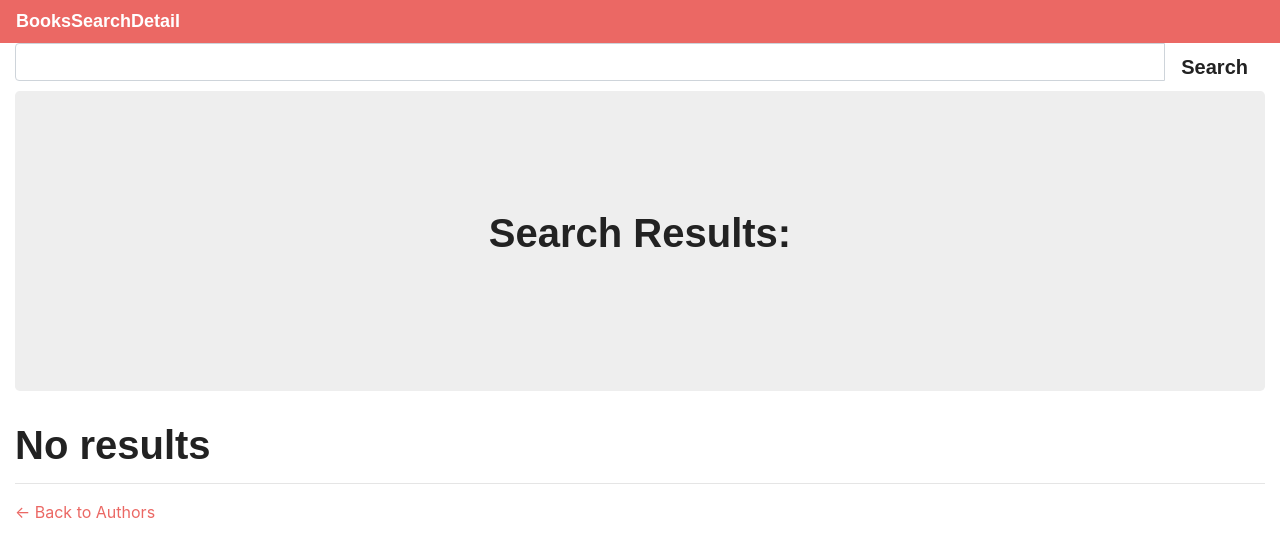
Repository: ionathas78/gBooksScanner
Page: /search (app in client/)
The author's editor kept a copy of each file at every save. The page is drawn from the files as they stood at one save, then again after the next save.
The browser window is 1280 px wide. The pictures show the whole page.
Some web fonts or font styles are not loaded; a fallback is used. Some web libraries are served in a nearby version. The project was rebuilt for these pictures with package versions that can differ from the ones it lists, and the page was loaded fresh each time. Also part of the build but not shown: client/src/components/DeleteBtn/style.css, client/src/components/DeleteBtn/index.js, client/src/components/List/style.css, client/src/components/List/index.js, client/src/pages/Books.js, client/src/pages/Detail.js, client/src/pages/NoMatch.js.

Above is the page before, as saved 2020-05-20 12:19:05.

### client/src/App.js
import React from "react";
import { BrowserRouter as Router, Route, Switch } from "react-router-dom";
import Books from "./pages/Books";
import Detail from "./pages/Detail";
import Search from "./pages/Search";
import NoMatch from "./pages/NoMatch";
import Nav from "./components/Nav";
// const config = require("dotenv").config();

function App() {
  // console.log(config);

  return (
    <Router>
      <div>
        <Nav
          children={[
            { name: "Books", path: "/"},
            { name: "Search", path: "/search"},
            { name: "Detail", path: "/books"}
          ]}
        />
        <Switch>
          <Route exact path={["/"]}>
            <Books />
          </Route>
          <Route exact path={["/search", "/search/:searchTerm"]}>
            <Search />
          </Route>
          <Route exact path={["/books", "/books/:id"]}>
            <Detail />
          </Route>
          <Route>
            <NoMatch />
          </Route>
        </Switch>
      </div>
    </Router>
  );
}

export default App;

### client/src/pages/Search.js
import React, { useEffect, useState } from "react";
import { Link, useParams } from "react-router-dom";
import { Col, Row, Container } from "../components/Grid";
import Jumbotron from "../components/Jumbotron";
import SearchBar from "../components/SearchBar";
import API from "../utils/API";

const KEY_ENTER = 13;

function Search(props) {
  const [books, setBooks] = useState([]);
  const [search, setSearch] = useState("");
  const { searchTerm } = useParams();

  useEffect(() => {
    if (!searchTerm) {
      return;
    } else {
      setSearch(searchTerm);
    }

    API.searchBooks(search)
      .then(res => setBooks(res.data.items))
      .catch(err => console.log(err));
  }, [])

  function bookData(apiEntry) {
    const {
      authors,
      title,
      description,
      imageLinks,
      infoLink
      // maturityRating,
      // pageCount,
      // previewLink,
      // subtitle,
      // categories
    } = apiEntry.volumeInfo;
    const id = apiEntry.id;

    // console.log(id, authors, title, subtitle, categories,
    //   description, imageLinks, infoLink, maturityRating,
    //   pageCount, previewLink);

    return {
      id: id,
      title: title,
      authors: authors,
      description: description,
      // image: (imageLinks ? imageLinks.thumbnail : ""),
      image: (imageLinks ? imageLinks.smallThumbnail : ""),
      link: infoLink
    }
  }

  function handleClick(event) {
    event.preventDefault();

    let bookToSave = bookData(books[event.target.id]);
    // console.log(bookToSave);
    API.saveBook(bookToSave);
  }

  function handleChange(event) {
    event.preventDefault();
    setSearch(event.target.value);
  }

  function handleKeydown(event) {
    if (event.keyCode === KEY_ENTER) {
      event.preventDefault();
      if (search) {
        API.searchBooks(search)
        .then(res => setBooks(res.data.items))
        .catch(err => console.log(err));
      }
    }
  }

  function handleSearch(event) {
    event.preventDefault();
    if (search) {
      API.searchBooks(search)
      .then(res => setBooks(res.data.items))
      .catch(err => console.log(err));
    }
  }

  function bookImage(title, link) {
    if (link) {
      return (
        <img
          alt={title} book cover
          src={link}
          height="300"
          style={{ float: "left", margin: "10px 20px" }}
        />
      )
    } else {
      return;
    }
  }

  // console.log(books);
  let i = -1;
  return (
      <Container fluid>
        <Row>
          <Col size="md-12">
            <SearchBar
              name="search"
              placeholder="Enter Search Term(s)"
              id="search"
              onChange={handleChange}
              onClick={handleSearch}
              onKeyDown={handleKeydown}
            />
          </Col>
        </Row>
        <Row>
          <Col size="md-12">
            <Jumbotron>
              <h1>
                Search Results: {search ? '\'' + search + '\'' : ""}
              </h1>
            </Jumbotron>
          </Col>
        </Row>
        {
          ((!books || !books.length) ?
            <h1>No results</h1>
            :
            books.map(entry => {
              let book = bookData(entry);
              i++;
              return (
                <Row>
                  <Col size="md-10 md-offset-1">
                    <article>
                      {
                        bookImage(book.title, book.image)
                      }
                      <h2>
                        <a href={book.link} >
                          {book.title}
                        </a>
                      </h2>
                      <button
                        className="success"
                        onClick={handleClick}
                        id={i}
                        style={{ float: "right", margin: "5px" }}
                      >
                        +
                      </button>
                      <h3>by {(book.authors ? book.authors.join(", ") : "")}</h3>
                      <p>
                        {book.description}
                      </p>
                    </article>
                  </Col>
                </Row>
            )
          })
          )
        }
        <hr/>
        <Row>
          <Col size="md-2">
            <Link to="/">← Back to Authors</Link>
          </Col>
        </Row>
      </Container>
    );
  }


export default Search;

### client/src/components/Nav/index.js
import React from "react";
import { Link } from "react-router-dom";


function Nav({children}) {
  let i = -1;
  return (
    <nav className="navbar navbar-expand-lg navbar-dark bg-primary">
      {children.map(item => {
        i++;
        return (
          <Link
            key={i}
            style={{ color: "white" }}
            to={item.path}
          >
            {item.name}
          </Link>
        )
      })}
    </nav>
  );
}

export default Nav;

### client/src/utils/API.js
import axios from "axios";
require("dotenv");

export default {
  // Gets all books
  getBooks: function() {
    return axios.get("/api/books");
  },
  // Gets the book with the given id
  getBook: function(id) {
    return axios.get("/api/books/" + id);
  },
  // Deletes the book with the given id
  deleteBook: function(id) {
    return axios.delete("/api/books/" + id);
  },
  // Saves a book to the database
  saveBook: function(bookData) {
    // console.log(bookData)
    return axios.post("/api/books/", bookData);
  },
  searchBooks: function(searchTerm) {
    let queryString = "https://www.googleapis.com/books/v1/volumes?q=";
    // let apiKey = "&key=" + process.env.API_KEY;
    let apiKey = "&key=AIzaSyBwM7wSmJtrmNB64WSHYDrIvkjeauOQcto";
    // console.log(process.env.API_KEY);

    return axios.get(queryString + searchTerm + apiKey);
  }
};

### client/src/components/Grid/index.js
import React from "react";

// Exporting the Container, Row, and Col components from this file

// This Container component allows us to use a bootstrap container without worrying about class names
export function Container({ fluid, children }) {
  return <div className={`container${fluid ? "-fluid" : ""}`}>{children}</div>;
}

// This Row component lets us use a bootstrap row without having to think about class names
export function Row({ fluid, children }) {
  return <div className={`row${fluid ? "-fluid" : ""}`}>{children}</div>;
}

// This Col component lets us size bootstrap columns with less syntax
// e.g. <Col size="md-12"> instead of <div className="col-md-12">
export function Col({ size, children }) {
  return (
    <div
      className={size
        .split(" ")
        .map(size => "col-" + size)
        .join(" ")}
    >
      {children}
    </div>
  );
}

### client/src/components/SearchBar/index.js
import React from "react";

// This component lets us use a bootstrap input element without worrying about class names
// or manually wrapping the input with a form-group div
// All of the props passed to this component are spread onto the input element
function SearchBar({ type = "default", className, onChange, onClick, onKeyDown, props }) {
  return (
    <div className="input-group">
      <input className="form-control" type="text" onChange={onChange} onKeyDown={onKeyDown} {...props} />
      <div className="input-group-append">
        <button onClick={onClick} className={["btn btn-lg", `btn-${type}`, className].join(" ")} type="button">
          Search
        </button>
      </div>
    </div>
  );
}

export default SearchBar;

Loaded but not shown: client/public/index.html (common file); client/src/index.js (common file); client/src/components/Jumbotron/index.js (common file)

After the next save:
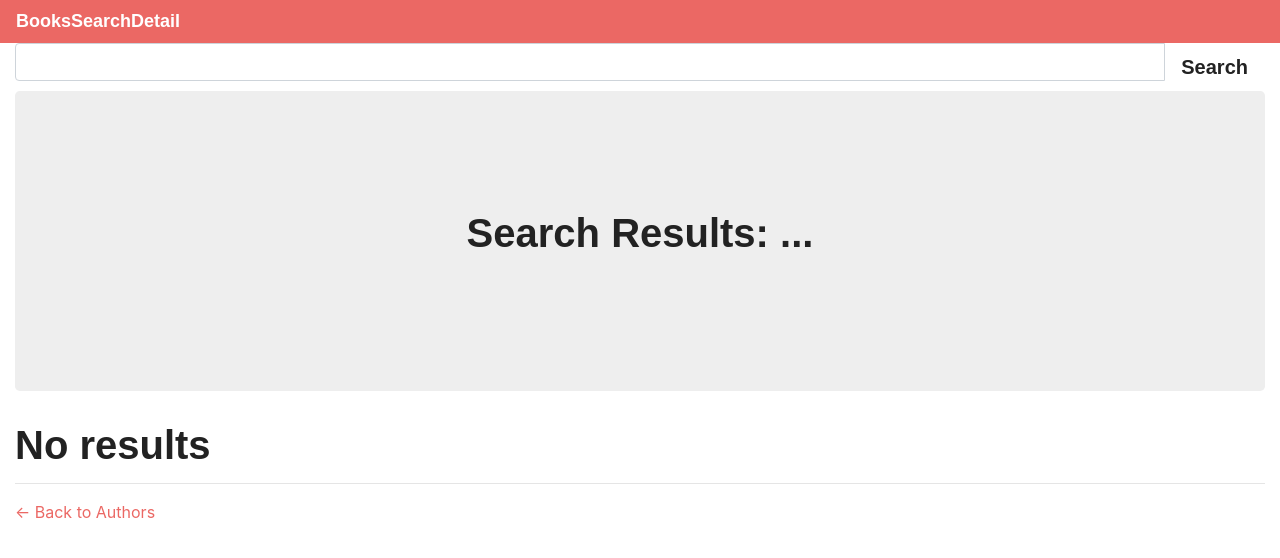
Saved 19 s later.
--- a/client/src/pages/Search.js
+++ b/client/src/pages/Search.js
@@ -122,7 +122,7 @@ function Search(props) {
           <Col size="md-12">
             <Jumbotron>
               <h1>
-                Search Results: {search ? '\'' + search + '\'' : ""}
+                Search Results: {search ? '\'' + search + '\'' : "..."}
               </h1>
             </Jumbotron>
           </Col>
